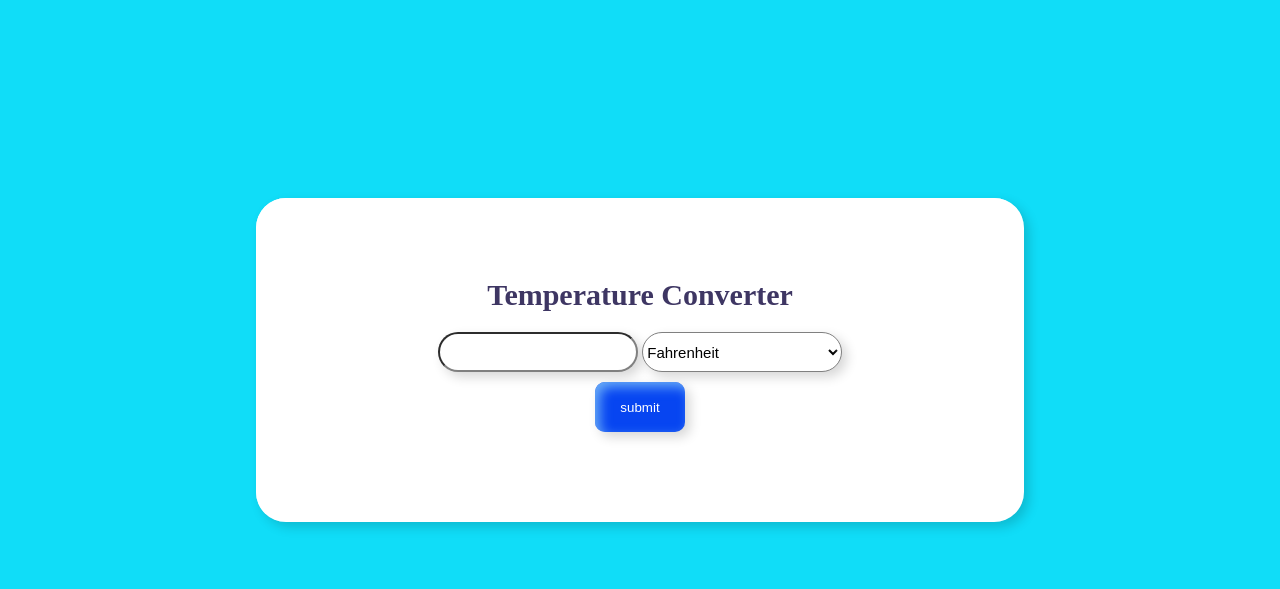
Repository: Mayur2905/OIBSIP
Page: Task-4/index.html
These files come from the project's save history. The page is drawn as it stood at one moment and after the next save; the edit follows.
The browser window is 1280 px wide. The pictures show the whole page.

Above is the page before, as saved 2022-02-03 23:55:18.

### Task-4/index.html
<!DOCTYPE html>
<html lang="en">
<head>
    <meta charset="UTF-8">
    <meta http-equiv="X-UA-Compatible" content="IE=edge">
    <meta name="viewport" content="width=device-width, initial-scale=1.0">
    <title>Document</title>
    <link rel="stylesheet" href="style.css">
</head>
<body>
    <div >
        <form id="tempCalc" onsubmit="convert(); return false">
            <label for="temp">Temperature Converter</label><br/>
            <input type="text" name="temp" id="temp">
            <select name="temp_diff" id="type">
                <option value="fah">Fahrenheit</option>
                <option value="Kel">Kelvin</option>
            </select><br/>
            <input id="btn" type="submit" value="submit" name="temp">
            <div id="result"></div>
        </form>
        <script type = "text/javascript" src="script.js"></script>
    </div>
</body>
</html>

### Task-4/style.css
* {
  margin: 0;
  padding: 0;
  box-sizing: border-box;
  font-family: "Mulish", sans-serif;
}

body {
  width: 100vw;
  height: 100vh;
  background-color: #10ddf8;
  display: grid;
  align-items: center;
}

form {
  background-color: #ffffff;
  padding: 80px;
  width: 60%;
  margin: 100px auto;
  text-align: center;
  box-shadow: inset 5px 5px 12px #ffffff, 5px 5px 12px rgba(0, 0, 0, 0.16);
  border-radius: 30px;
}

#tempCalc label {
  font-size: 30px;
}

#temp {
  border-color: grey;
  border-radius: 20px;
  padding: 10px;
  height: 40px;
  width: 200px;
  font-size: 20px;
  margin-top: 20px;
  vertical-align: top;
  box-shadow: inset 5px 5px 12px #ffffff, 5px 5px 12px rgba(0, 0, 0, 0.16);
}

#type {
  height: 40px;
  border-color: gray;
  border-radius: 20px;
  margin-top: 20px;
  font-size: 15px;
  height: 40px;
  width: 200px;
  vertical-align: top;
  background-color: #ffffff;
  box-shadow: inset 5px 5px 12px #ffffff, 5px 5px 12px rgba(0, 0, 0, 0.16);
}
label {
  font-family: cursive;
  font-weight: bold;
  color: #3e3663;
}
#btn {
  background-color: rgb(7, 69, 241);
  height: 50px;
  width: 90px;
  color: white;
  border: none;
  margin: 10px;
  border-radius: 10px;
  box-shadow: inset 5px 5px 12px #68abf7, 5px 5px 12px rgba(0, 0, 0, 0.16);
}
#result {
  font-size: 15px;
  font-weight: 600;
}

### Task-4/script.js
function convert(){
    const temp = document.getElementById('temp').value;
    const ty = document.getElementById('type').value;
    if(ty == 'fah' )
    {
        var f = (temp*1.8)+32;
        document.getElementById('result').innerHTML=`= ${f}°Fahrenheit`;
    }
    else{
        var f= (temp*1) + 273.15;
        document.getElementById('result').innerHTML=`= ${f}°Kelvin`;
    }


}

After the next save:
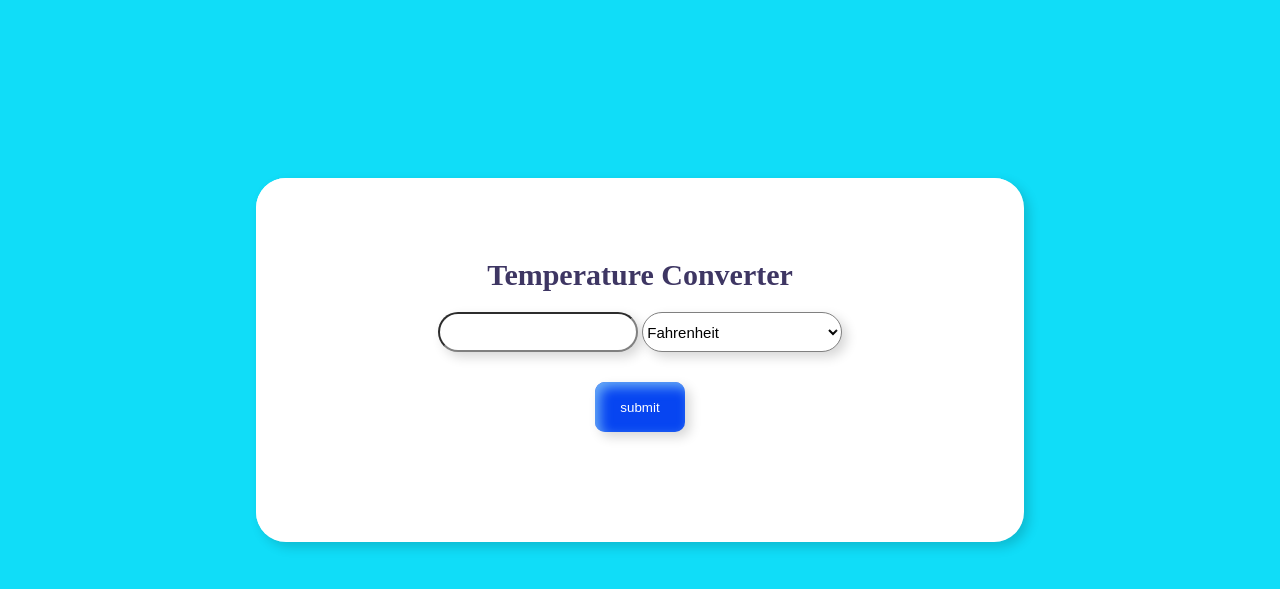
Saved 22 s later.
--- a/Task-4/style.css
+++ b/Task-4/style.css
@@ -62,7 +62,7 @@ label {
   width: 90px;
   color: white;
   border: none;
-  margin: 10px;
+  margin: 30px;
   border-radius: 10px;
   box-shadow: inset 5px 5px 12px #68abf7, 5px 5px 12px rgba(0, 0, 0, 0.16);
 }
